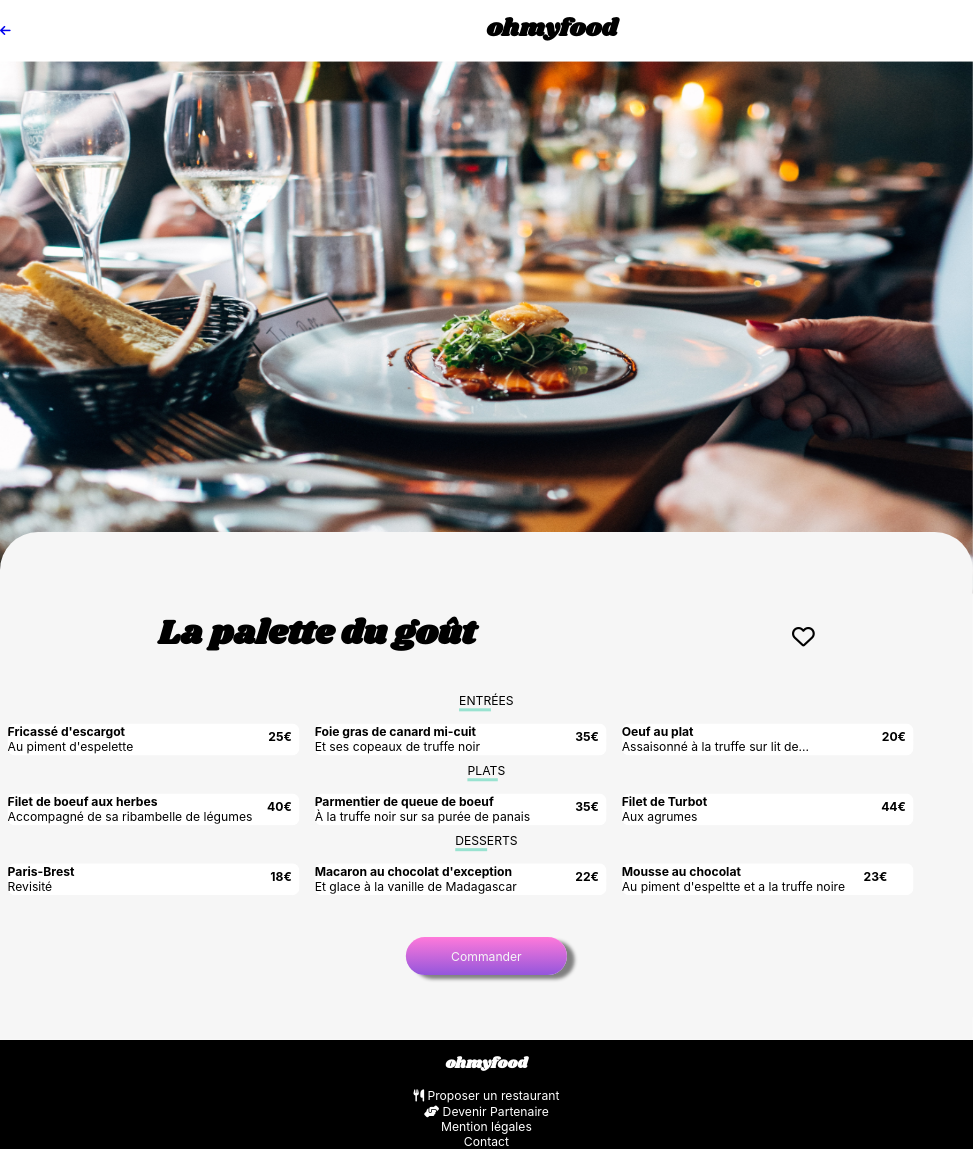
Repository: yacinebouk/ohmyfood
Page: palette.html
An editor plug-in stored every save of this project. The page is shown before and after the next save, followed by the edit.
The browser window is 1280 px wide. The pictures show the whole page, at 76% of full size.
Some web libraries are served in a nearby version. The style sheet was rebuilt from its Sass, Less or Tailwind sources for each picture, by a compiler version that may differ from the author's.

Above is the page before, as saved 2022-06-28 13:57:06.

### palette.html
<!DOCTYPE html>
<html lang="fr">

<head>
    <script src="https://kit.fontawesome.com/225bbe1e2d.js" crossorigin="anonymous"></script>
    <meta charset="utf-8" />
    <title>ohmyfood</title>
    <link rel="stylesheet" href="style/francaise.css" />
    <meta name="viewport" content="width=device-width, initial-scale=1">

</head>

<body>
    <main>
        <header>
            <div class="tittle-head">
                <div class="logo-tittle"><a href="./index.html"><i class="fa-solid fa-arrow-left"></i></a></div>
                <h1 class="tittle">ohmyfood</h1>
            </div>
            <div class="img-restaurant"><img src="./images/restaurants/jay-wennington-N_Y88TWmGwA-unsplash.jpg" width="100%" height="100%" class="logo" alt="francaise"></div>
        </header>
        <section class="food">
            <div class="french-tittle">
                <h2><b>La palette du goût</b> </h2>
                <div class="logo-heart"><i class="fa-regular fa-heart"></i></div>
            </div>
            <div class="starter">
                <div class="tittle"><span>ENTR</span>ÉES</div>
                <div class="block">
                    <div class="border">
                        <div class="text">
                            <div class="major"><b>Fricassé d'escargot</b></div>
                            <div class="flavors">Au piment d'espelette</div>
                        </div>
                        <div class="block-price">
                            <div class="price"><b>25€</b></div>
                            <div class="icon-slide"><i class="fa-solid fa-circle-check"></i></div>
                        </div>
                    </div>
                    <div class="border">
                        <div class="text">
                            <div class="major"><b>Foie gras de canard mi-cuit</b></div>
                            <div class="flavors">Et ses copeaux de truffe noir</div>
                        </div>
                        <div class="block-price">
                            <div class="price"><b>35€</b></div>
                            <div class="icon-slide"><i class="fa-solid fa-circle-check"></i></div>
                        </div>
                    </div>
                    <div class="border">
                        <div class="text">
                            <div class="major"><b>Oeuf au plat</b></div>
                            <div class="flavors">Assaisonné à la truffe sur lit de...</div>
                        </div>
                        <div class="block-price">
                            <div class="price"><b>20€</b></div>
                            <div class="icon-slide"><i class="fa-solid fa-circle-check"></i></div>
                        </div>
                    </div>
                </div>
                <div class="dishes">
                    <div class="tittle"><span>PLAT</span>S</div>
                    <div class="block">
                        <div class="border">
                            <div class="text">
                                <div class="major"><b>Filet de boeuf aux herbes</b></div>
                                <div class="flavors">Accompagné de sa ribambelle de légumes</div>
                            </div>
                            <div class="block-price">
                                <div class="price"><b>40€</b></div>
                                <div class="icon-slide"><i class="fa-solid fa-circle-check"></i></div>
                            </div>
                        </div>
                        <div class="border">
                            <div class="text">
                                <div class="major"><b>Parmentier de queue de boeuf</b></div>
                                <div class="flavors">À la truffe noir sur sa purée de panais</div>
                            </div>
                            <div class="block-price">
                                <div class="price"><b>35€</b></div>
                                <div class="icon-slide"><i class="fa-solid fa-circle-check"></i></div>
                            </div>
                        </div>
                        <div class="border">
                            <div class="text">
                                <div class="major"><b>Filet de Turbot</b></div>
                                <div class="flavors">Aux agrumes</div>
                            </div>
                            <div class="block-price">
                                <div class="price"><b>44€</b></div>
                                <div class="icon-slide"><i class="fa-solid fa-circle-check"></i></div>
                            </div>
                        </div>
                    </div>
                </div>
            </div>
            <div class="dessert">
                <div class="tittle"><span>DESS</span>ERTS</div>
                <div class="block">
                    <div class="border">
                        <div class="text">
                            <div class="major"><b>Paris-Brest</b></div>
                            <div class="flavors">Revisité</div>
                        </div>
                        <div class="block-price">
                            <div class="price"><b>18€</b></div>
                            <div class="icon-slide"><i class="fa-solid fa-circle-check"></i></div>
                        </div>
                    </div>
                    <div class="border">
                        <div class="text">
                            <div class="major"><b>Macaron au chocolat d'exception</b></div>
                            <div class="flavors">Et glace à la vanille de Madagascar</div>
                        </div>
                        <div class="block-price">
                            <div class="price"><b>22€</b></div>
                            <div class="icon-slide"><i class="fa-solid fa-circle-check"></i></div>
                        </div>
                    </div>
                    <div class="border">
                        <div class="text">
                            <div class="major"><b>Mousse au chocolat</b></div>
                            <div class="flavors">Au piment d'espeltte et a la truffe noire</div>
                        </div>
                        <div class="price"><b>23€</b></div>
                        <div class="block-price">
                            <div class="icon-slide"><i class="fa-solid fa-circle-check"></i></div>
                        </div>
                    </div>
                </div>
            </div>
            <div class="order">
                <span>Commander</span>
            </div>
        </section>
        <footer>
            <div class="frame-end">
                <h3>ohmyfood</h3>
                <div class="end">
                    <div class="propose"> <i class="fa-solid fa-utensils"></i> Proposer un restaurant</div>
                    <div class="partner"> <i class="fa-solid fa-handshake-angle"></i> Devenir Partenaire</div>
                    <div class="mention">Mention légales</div>
                    <div class="contact">
                        <a href="mailto">Contact</a></div>
                </div>
            </div>
        </footer>
    </main>
</body>

### style/francaise.scss
         @font-face {
             font-family: 'Shrikhand';
             src: url('./Shrikhand-Regular.otf');
         }

         html {
             font-family: -apple-system, BlinkMacSystemFont, 'Segoe UI', Roboto, Oxygen, Ubuntu, Cantarell, 'Open Sans', 'Helvetica Neue', sans-serif;
         }

         header {
             height: 700px;
         }

         main {
             font-size: 16px;
         }

         body {
             margin: 0;
         }

         .img-restaurant {
             height: 100%;
             position: relative;
         }

         .tittle-head {
             display: flex;
             flex-direction: row;
         }

         .logo-heart {
             text-align: center;
             padding-top: 47px;
         }

         .logo-tittle {
             padding-top: 30px;
             width: 50%;
         }

         .food {
             padding-top: 30px;
             display: flex;
             flex-direction: column;
             justify-content: center;
             background-color: #f6f6f6;
             position: relative;
             width: 100%;
             border-radius: 50px 50px 0px 0px;
             height: auto;
         }

         .french-tittle {
             font-size: 30px;
             display: flex;
             flex-direction: row;
             justify-content: center;
             padding-top: 43px;
             padding-bottom: 10px;
             justify-content: space-around;
         }

         .french-text {
             padding-right: 30px;
         }

         .tittle {
             text-align: center;
         }

         .tittle span {
             border-bottom: #99E2D0 solid 4px;
         }

         .block {
             padding-top: 10px;
             display: flex;
             flex-direction: row;
         }

         @-webkit-keyframes fadein {
             from {
                 opacity: 0;
             }
             to {
                 opacity: 1;
             }
         }

         .border {
             overflow: hidden;
             margin: 10px;
             border-radius: 10px;
             background-color: white;
             width: 30%;
             display: flex;
             justify-content: space-between;
             flex-direction: row;
             opacity: 0;
         }

         .border {
             animation: slideUp 1s forwards;
         }

         .border:nth-child(1) {
             animation-delay: .25s;
         }

         .border:nth-child(2) {
             animation-delay: 0.5s;
         }

         .border:nth-child(3) {
             animation-delay: 0.75s;
         }

         @keyframes slideUp {
             0% {
                 transform: translateY(20px);
             }
             100% {
                 transform: translateY(0px);
                 opacity: 1;
             }
         }

         .price {
             align-items: end;
             display: flex;
             padding: 15px 0px;
             padding-top: 7px;
             margin-right: 10px;
             transition-duration: 1000ms;
             & b {
                 overflow: hidden;
                 text-overflow: ellipsis;
                 transition-duration: 1000ms;
             }
         }

         footer {
             position: relative;
             clear: both;
         }

         .order {
             padding-top: 60px;
             text-align: center;
             padding-bottom: 100px;
         }

         .frame-end {
             text-align: center;
             background-color: black;
             color: white;
             display: flex;
             flex-direction: column;
         }

         h3 {
             font-family: 'Shrikhand';
             font-size: 20px;
         }

         h1 {
             font-family: 'Shrikhand';
         }

         h2 {
             font-family: 'Shrikhand';
         }

         .order span {
             box-shadow: grey 10px 5px 5px;
             background: linear-gradient(#FF79DA, #9356DC);
             border-radius: 50px 50px;
             padding: 15px 60px 15px 60px;
             color: #f6f6f6;
         }

         .border:hover .icon-slide {
             width: 40px;
         }

         .border:hover .icon-slide>i {
             transform: rotate(360deg);
         }

         .border:after .icon-slide {
             width: 10px;
         }

         .border:hover .pd-15 {
             width: calc(100% - 100px);
         }

         .flavors {
             white-space: nowrap;
             overflow: hidden;
             text-overflow: ellipsis;
             display: block;
             width: 100%;
         }

         .icon-slide {
             transition: width 0.5s ease;
             width: 0px;
             align-items: center;
             background-color: #99E2D0;
             color: white;
             display: flex;
             justify-content: center;
             align-items: center;
             i {
                 transition: 0.5s;
             }
         }

         .text {
             text-overflow: ellipsis;
         }

         .flavors {
             text-overflow: ellipsis;
         }

         .block-price {
             display: flex;
             overflow: hidden;
         }

         .contact a {
             text-decoration: none white;
             color: white;
         }

         @media screen and (min-width: 320px) and (max-width: 768px) {
             .starter {
                 display: flex;
                 justify-content: space-between;
                 flex-direction: column;
             }
             .block {
                 display: flex;
                 justify-content: space-between;
                 flex-direction: column;
             }
             .border {
                 width: auto;
             }
             .french-tittle {
                 justify-content: space-between;
                 margin-left: 15px;
             }
             .tittle {
                 text-align: initial;
                 margin-left: 15px;
             }
             h1 {
                 font-size: 24px;
             }
             .logo-heart {
                 padding-top: 13px;
                 margin-right: 20px;
             }
             .logo-tittle {
                 padding-top: 20px;
             }
             .tittle-head {
                 margin: 0;
                 padding: 0;
                 width: 50%;
             }
             .frame-end {
                 text-align: initial;
             }
             h2 {
                 margin-left: 15px;
             }
             .end {
                 margin-left: 15px;
             }
         }

After the next save:
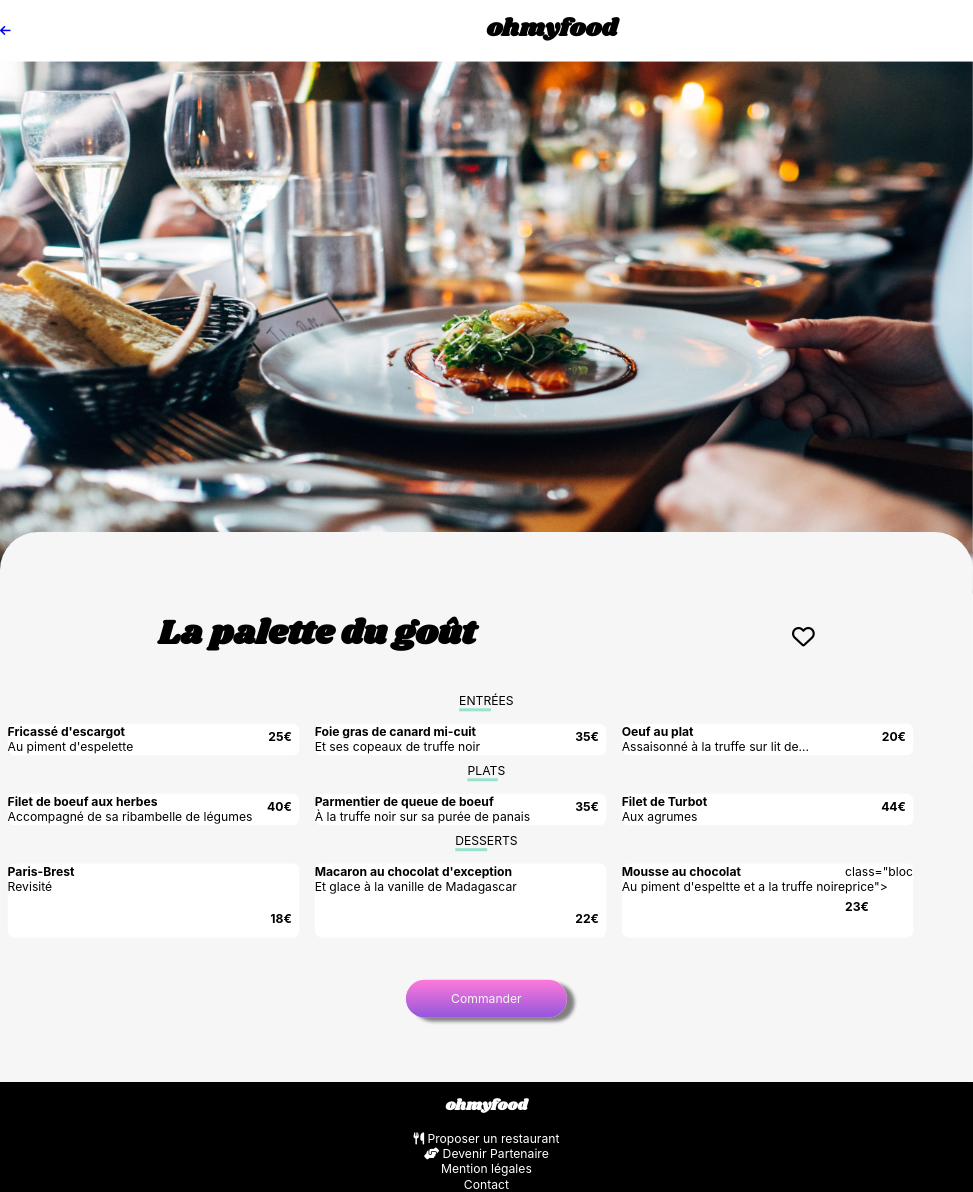
Saved 58 s later.
--- a/palette.html
+++ b/palette.html
@@ -122,8 +122,9 @@
                             <div class="major"><b>Mousse au chocolat</b></div>
                             <div class="flavors">Au piment d'espeltte et a la truffe noire</div>
                         </div>
-                        <div class="price"><b>23€</b></div>
-                        <div class="block-price">
+                        <div> class="block-price">
+                            <div class="price"><b>23€</b></div>
+
                             <div class="icon-slide"><i class="fa-solid fa-circle-check"></i></div>
                         </div>
                     </div>

After the save that followed:
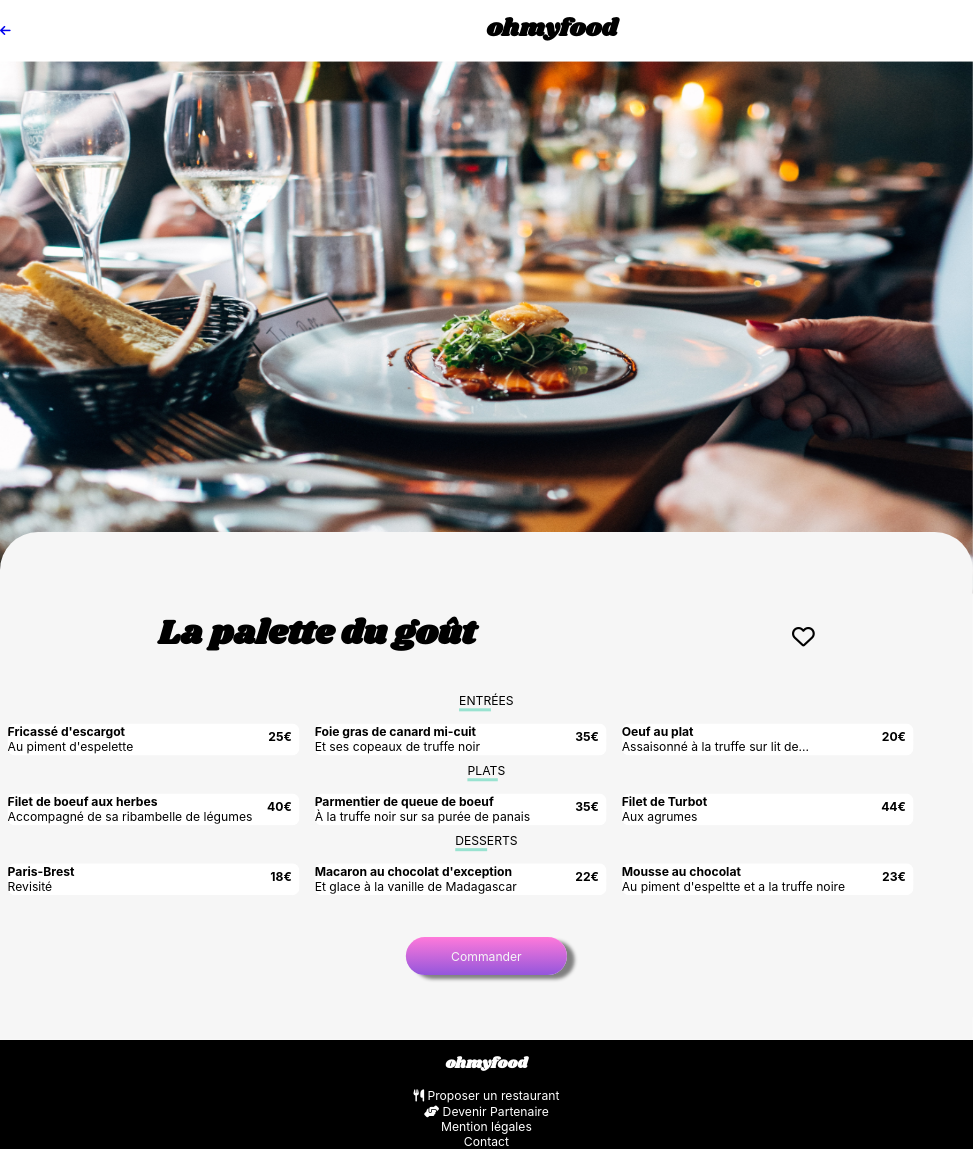
Saved 25 s later.
--- a/palette.html
+++ b/palette.html
@@ -122,9 +122,8 @@
                             <div class="major"><b>Mousse au chocolat</b></div>
                             <div class="flavors">Au piment d'espeltte et a la truffe noire</div>
                         </div>
-                        <div> class="block-price">
+                        <div class="block-price">
                             <div class="price"><b>23€</b></div>
-
                             <div class="icon-slide"><i class="fa-solid fa-circle-check"></i></div>
                         </div>
                     </div>
